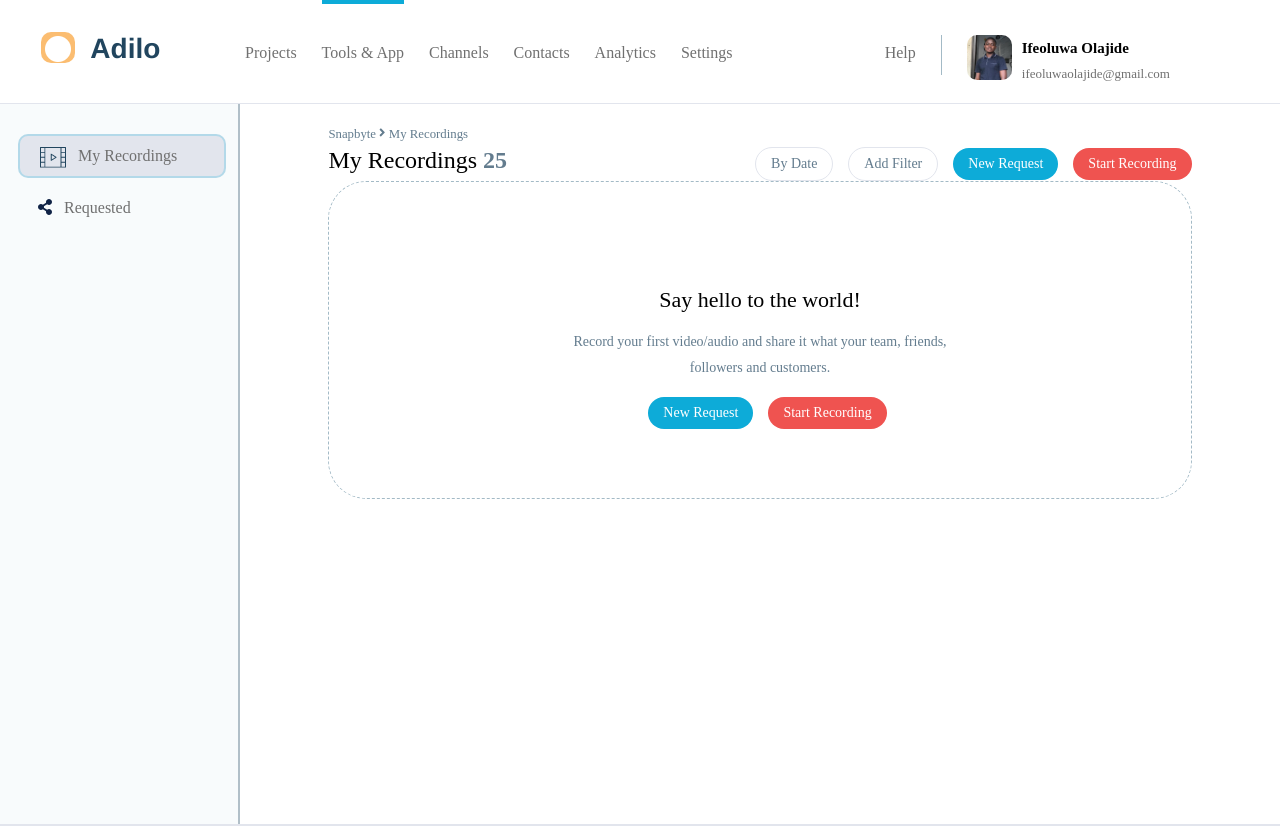
Repository: olhighjay/video_recorder
Page: /
The author's editor kept a copy of each file at every save. The page is drawn from the files as they stood at one save, then again after the next save.
The browser window is 1280 px wide. The pictures show the whole page.
Some web libraries are served in a nearby version. The project was rebuilt for these pictures with package versions that can differ from the ones it lists, and the page was loaded fresh each time. Also part of the build but not shown: vue.config.js.

Above is the page before, as saved 2022-07-29 05:35:44.

After the next save:
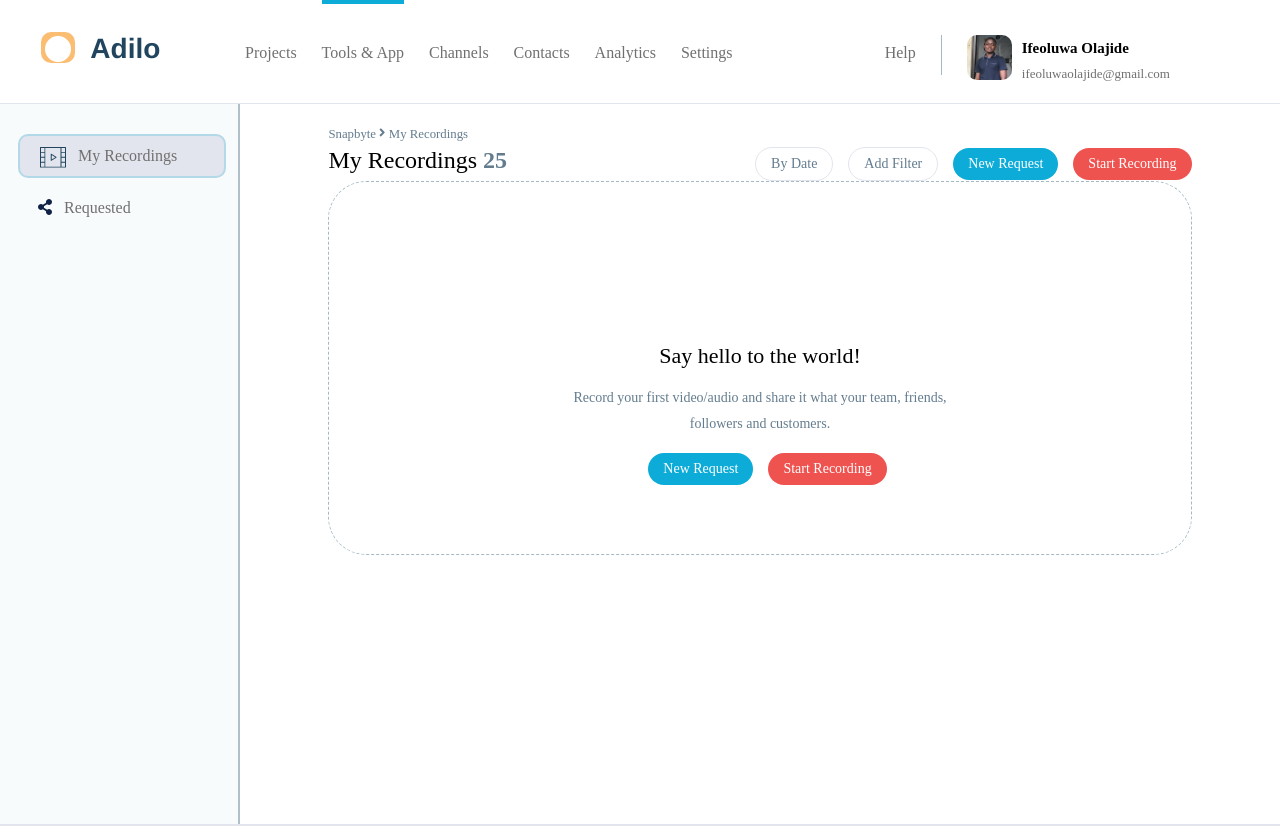
Saved 14 s later.
--- a/src/App.vue
+++ b/src/App.vue
@@ -24,7 +24,7 @@
             <div style="border: 1px dashed #A3BAC6;
 border-radius: 38px;
 opacity: 1; padding-top:105.9px; padding-bottom:68.5px">
-              <p style="color: #000; font-size: 22px; text-align:center; font-weight:medium; margin-top">Say hello to the world!</p>
+              <p style="color: #000; font-size: 22px; text-align:center; font-weight:medium; margin-top:56px">Say hello to the world!</p>
               <p style="color: #637C8E; font-size: 14px; text-align:center;">Record your first video/audio and share it what your team, friends, <br />followers and customers.</p>
               <div class="text-center">
                 <button class="sub-heading-btn blue-btn">New Request</button>
